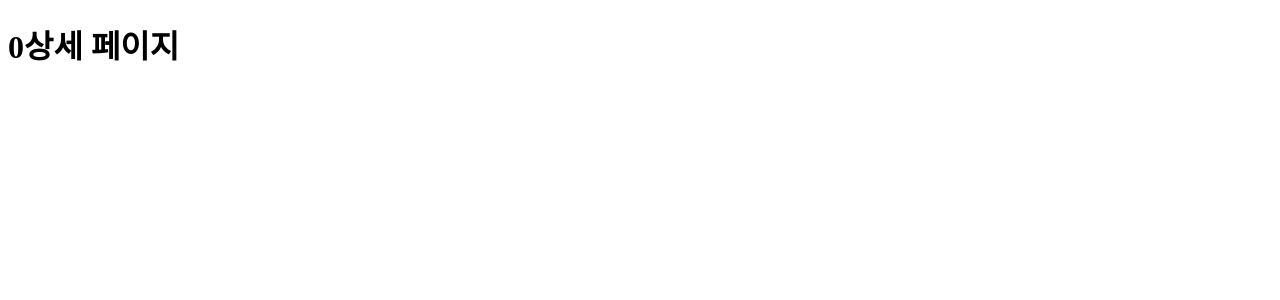
Repository: Lee-seongBeom/bitclass
Page: http://localhost/web08/dept/detail.jsp
These files come from the project's save history. The page is drawn as it stood at one moment and after the next save; the edit follows.
The browser window is 1280 px wide. The pictures show the whole page.
The page is served by Tomcat 9.

Above is the page before, as saved 2020-07-07 07:41:41.

After the next save:
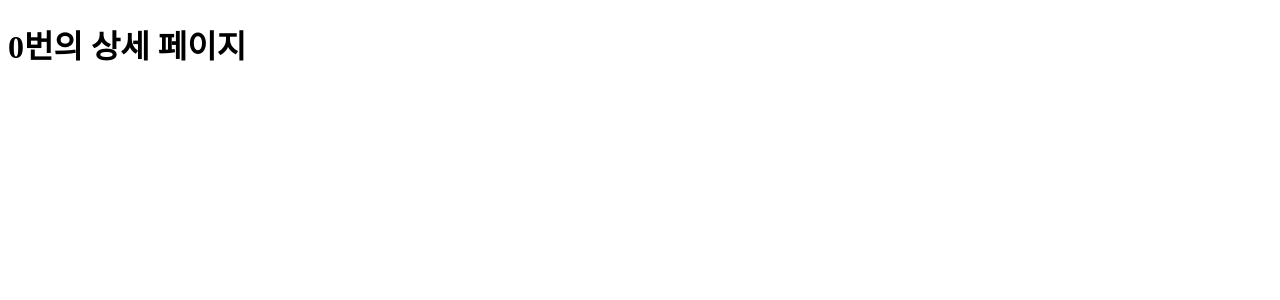
Saved 8 s later.
--- a/web/web08/WebContent/dept/detail.jsp
+++ b/web/web08/WebContent/dept/detail.jsp
@@ -10,7 +10,7 @@
 	<jsp:useBean id="bean" class="com.bit.dept.DeptDto"></jsp:useBean>
 	<jsp:setProperty property="*" name="bean"/>
 
-	<h1><jsp:getProperty property="num" name="bean"/>상세 페이지</h1>
+	<h1><jsp:getProperty property="num" name="bean"/>번의 상세 페이지</h1>
 
 </body>
 </html>
